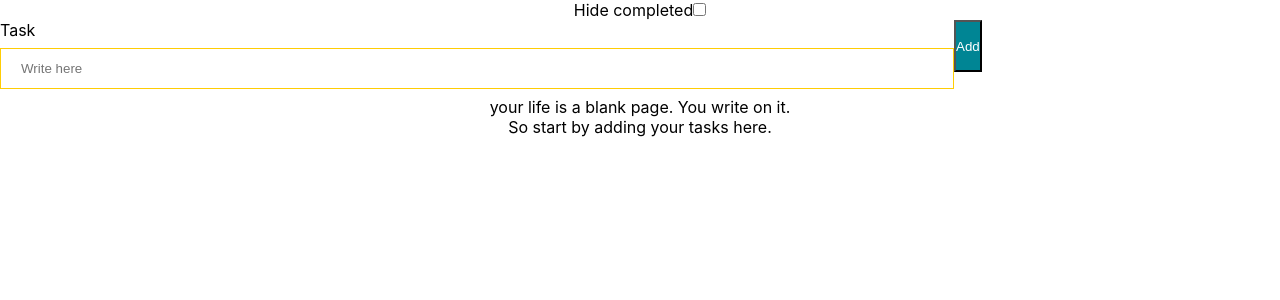
Repository: ArusyakAghajanyan/ToDoMamble
Page: /
These files come from the project's save history. The page is drawn as it stood at one moment and after the next save; the edit follows.
The browser window is 1280 px wide. The pictures show the whole page.
The project was rebuilt for these pictures with package versions that can differ from the ones it lists, and the page was loaded fresh each time. Also part of the build but not shown: src/components/ToDoItem.jsx, src/components/confirm.css, src/components/Confirm.jsx.

Above is the page before, as saved 2022-05-23 12:27:17.

### src/App.js

import './App.css';
import AddItem from './components/AddItem';
import ToDoList from './components/ToDoList';
import Confirm from './components/Confirm';
import {useState,useEffect} from 'react'


function App() {
  const [todo, setTodo]=useState([]);
  const [filteredTodo,setFilteredTodo]=useState([]);
  const [modal, setModal] = useState(false);
const [confirmStatus, setConfirmStatus] = useState(false);
  const [deleteItem, setDeletItem] = useState({});

  function modalStatus(status, item){
    console.log(status, item);
    setModal(status);
    setDeletItem(item);

  }
  function confirmDelete(status){
    console.log("deletestatus=", status);
    if(status === "no") {
      setConfirmStatus(false);
      setModal(false);
    }else if (status === "yes"){
      setConfirmStatus(true);
      setModal(false)
    }
  }
  function filter(check){
    if(check){
      setFilteredTodo(todo.filter(td => td.isCompleted))
    }else{
      setFilteredTodo([]);
    }
  }

  useEffect(()=>{
    console.log("confirmStatus=", confirmStatus);
    if(confirmStatus){
      setTodo(todo.filter(value => value.id !== deleteItem.id));
      setDeletItem({});
    }
    setConfirmStatus(false);
      console.log(modal);

  },[confirmStatus])

useEffect(() => {
  let todos;
  let storageData = localStorage.getItem("todos");
  if(storageData !== "undefined"){
    todos = JSON.parse(storageData);
  }
  if(todos) setTodo(todos);
}, [])

useEffect(() => {
 if(todo.length > 0) localStorage.setItem("todos",JSON.stringify(todo))
 if(todo.length == 0) localStorage.clear();
}, [todo])

  return (
    <div className="App">
      <label htmlFor="filter">
      Hide completed
      <input id="filter" type="checkbox" onChange={(e)=>{
      filter(e.target.checked)
      }} />
      </label>
      <AddItem onAdd={(text)=>{
        setTodo([{
          id:Math.random(),
          text:text,
          isCompleted:false
        },...todo])
      }}/>
      <ToDoList
      todo={filteredTodo.length > 0 ? todo.filter(td => !td.isCompleted):todo}
      modalStatus={modalStatus}
      onChange={(newItem)=>{
      setTodo(todo.map(td=>{
        if(td.id==newItem.id){
          return newItem
        }
        return td
      }))
      }}
      />
       { modal && <Confirm confirmDelete={confirmDelete} modalStatus={modalStatus}/>}
    </div>
  );
}

export default App;

### src/components/AddItem.jsx
import {React, useState, useEffect, useRef} from 'react'
import './addItem.css'

export default function AddItem({onAdd}) {
    const [text, setText] = useState("");
    const[errorMes,setErrorMes] = useState("");
    const inputText = useRef(0);
    let validText = "";
    useEffect(() => {
        inputText.current.addEventListener("keyup",(e)=>{
            let id=setTimeout(()=>{
            validText = e.target.value;
            if(validText.length >= 54 ){
             setErrorMes("Task content can contain max 54 characters.")
            } else {
                setErrorMes("");
                setText(validText);
            }
            },1000);
            return () => clearTimeout(id)
        })
    }, [text])

    return (

      <form
      className="formTask"
      onSubmit={(e)=>{
          e.preventDefault();
          if(errorMes==="" && text !=="") onAdd(text);
          if(errorMes==="") setText("");
      }}>
      <div id="formDiv">
       <div className="inputDiv">
            <label className="taskLabel" htmlFor="inputText"> Task
            </label>
            <input
            id="inputText"
            type="text"
            style={errorMes ? {borderColor: 'red'} : {borderColor:'#FFCD04'}}
            ref= {inputText}
             value={text}
             placeholder="Write here"
            onChange={(e)=>{
            setText(e.target.value)
            }}/>
            <p>{errorMes}</p>
            </div>
            <button className="addbut">Add</button>

            </div>
         </form>

    )
}

### src/components/ToDoList.jsx
import React from 'react';
import ToDoItem from './ToDoItem'

export default function ToDoList({todo,modalStatus,onChange}) {
    return (
        <div>
           {todo && todo.length > 0 ? todo.map(item=>{
               return (
<ToDoItem
key={item.id}
item = {item}
modalStatus={modalStatus}
onChange={onChange}
/>
               )
           }):
            <>
            <p>your life is a blank page. You write on it.</p>
            <p>So start by adding your tasks here.</p>
            </>
        }
        </div>
    )
}

### src/components/addItem.css
*{
    margin: 0;
    padding: 0;
    box-sizing: border-box;
}
.addbut{
    background-color: #008594;
    color: #FFFFFF;
    width: 100px;
    height: 52px;
}
#formDiv{
    display: flex;
    justify-content: ;


}
#inputText{
    position: center;
    width: 954px;
    padding: 12px 20px;
    margin: 8px 0;
    border: 1px solid #FFCD04;
    outline: none;

}
#inputText:hover{
    border: 1px solid rgb(90, 10, 90)
}
.taskLabel{

    float: left;

}
.formTask{
    width: 954px;
}

### src/components/toDoItem.css
*{
   margin: 0;
   padding: 0;
   box-sizing: border-box;
}

Loaded but not shown: public/index.html (common file); src/index.js (common file); src/index.css (common file); src/reportWebVitals.js (common file); src/App.css (common file)

After the next save:
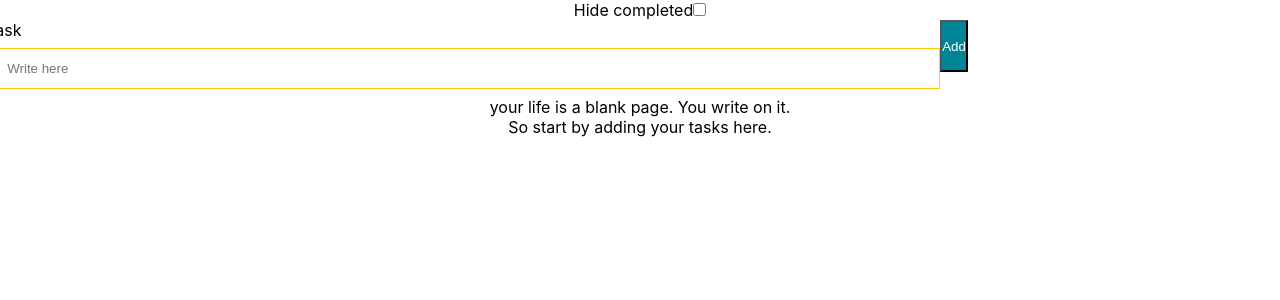
Saved 6 s later.
--- a/src/components/addItem.css
+++ b/src/components/addItem.css
@@ -11,7 +11,7 @@
 }
 #formDiv{
     display: flex;
-    justify-content: ;
+    justify-content: center;
 
 
 }
